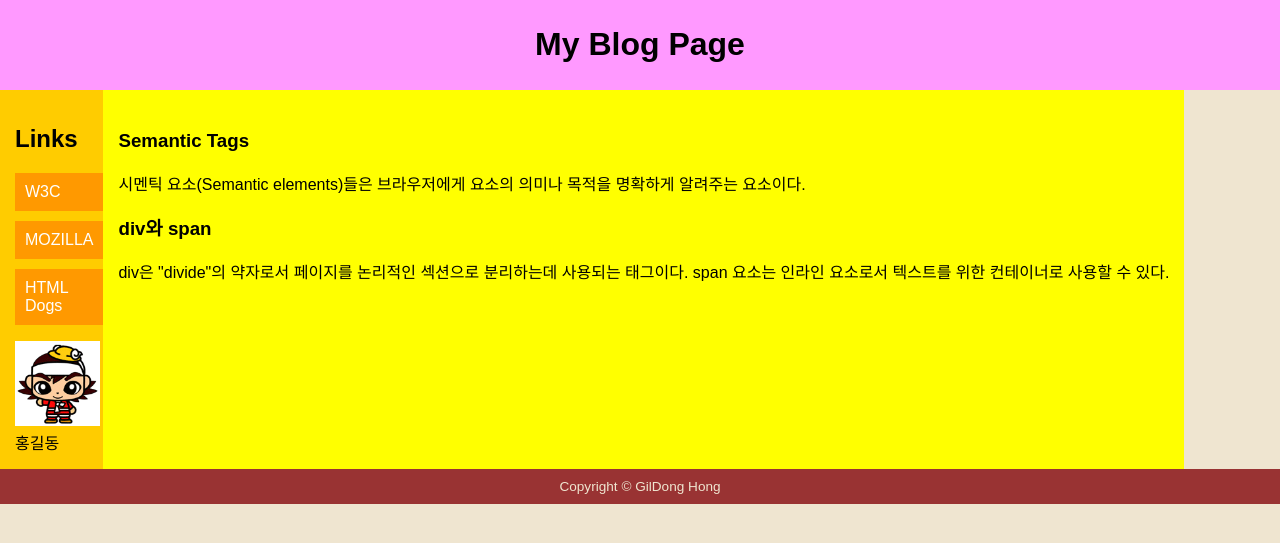
Repository: hyeon-jin-park/study
Page: work/internet_programing/T04/public/03_layout.html
The author's editor kept a copy of each file at every save. The page is drawn from the files as they stood at one save, then again after the next save.
The browser window is 1280 px wide. The pictures show the whole page.

Above is the page before, as saved 2025-03-25 09:55:47.

After the next save:
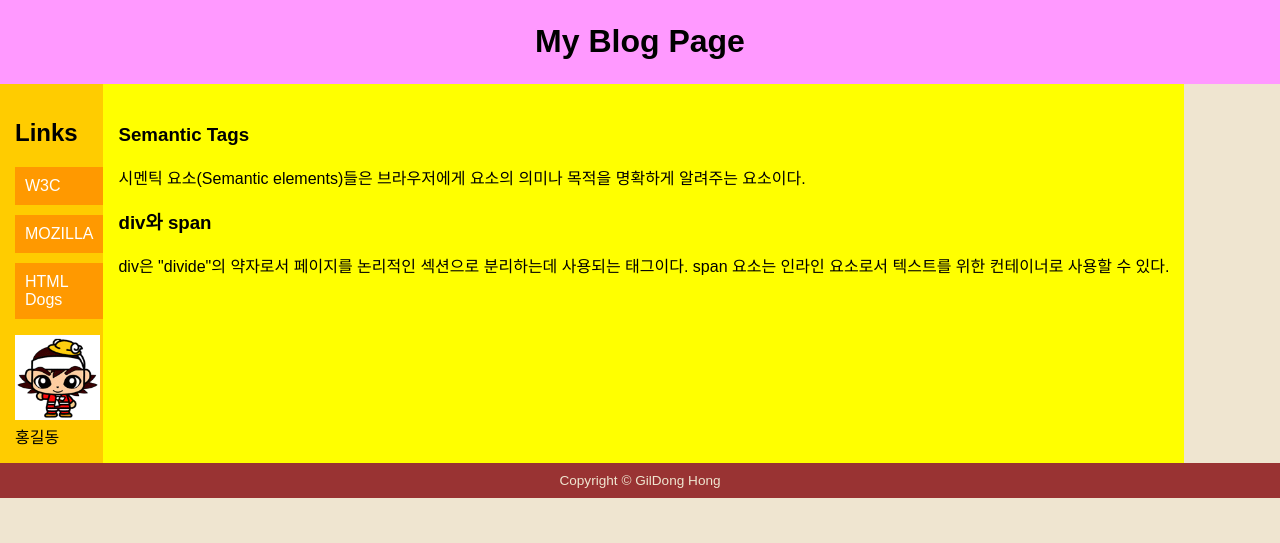
Saved 58 s later.
--- a/work/internet_programing/T04/public/03_layout.html
+++ b/work/internet_programing/T04/public/03_layout.html
@@ -25,7 +25,7 @@ header{
 	color:black;
 	text-align:center;
 	margin:0px;
-	padding: 5px;
+	padding: 2px;
 
 }
 
